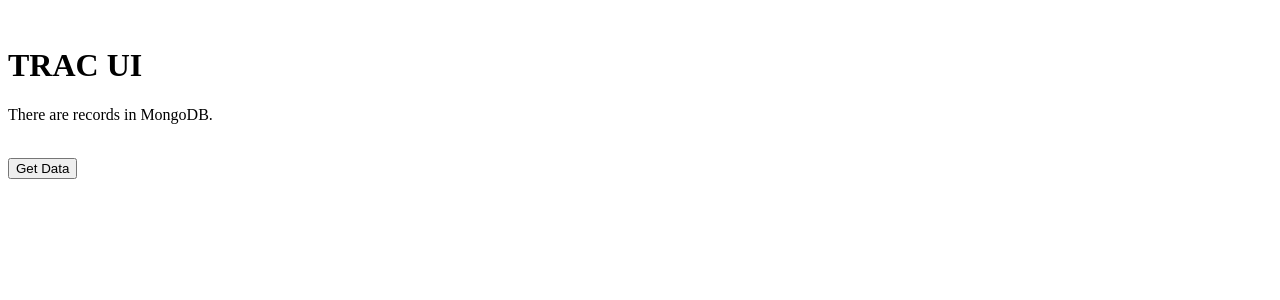
Repository: ydennisy/trac
Page: public/index.html
The author's editor kept a record of every edit. The page is drawn from the files as they stood at one moment, then again after the next edit.
The browser window is 1280 px wide. The pictures show the whole page.
The page's requests for data from a server got no answer.

Above is the page before.
Console error: TypeError: Cannot read properties of null (reading 'addEventListener')

### public/index.html
<!DOCTYPE html>
<html>
   <head>
      <title>TRAC UI</title>
   </head>
   <body>
      <div class="container">
         <img src="" />
         <br />
         <h1>TRAC UI</h1>
      </div>
      <div class="container">
         <p>There are <span id="count-nbr"></span> records in MongoDB.</p>
         <br />
         <button type="submit" id="getCount">Get Data</button>
      </div>
      <script type="text/javascript" src="app/controllers/ui.client.js"></script>
   </body>
</html>

### app/controllers/ui.client.js
"use strict";

(function (){
    var countApiUrl = "api/count";
    var oneResultUrl = 'api/result';
    var countSpan = document.getElementById("count-nbr");
    var getCountButton = document.getElementById("getCount");
    var dataSpan = document.getElementById('data-span');
    var oneResultButton = document.getElementById('get-one-result');

    function ready (fn) {
        if (typeof fn !== "function"){
            return;
        }
        if (document.readyState === "complete"){
            return fn();
        }
        document.addEventListener("DOMContentLoaded", fn, false);
    }

    function ajaxRequest (method, url, callback){
        var xmlhttp = new XMLHttpRequest();
        xmlhttp.onreadystatechange = function(){
            if (xmlhttp.readyState === 4 && xmlhttp.status === 200){
                callback(xmlhttp.response);
            }
        };
        xmlhttp.open(method, url, true);
        xmlhttp.send();
    }

    function updateCount (data){
        var impsCount = JSON.parse(data);
        countSpan.innerHTML = impsCount;
    }

    function getOneResult (data){
        var oneResult = JSON.stringify(data, null, '\t');
        dataSpan.innerHTML = ' ';
        dataSpan.innerHTML = oneResult;
    }

    ready(ajaxRequest("GET", countApiUrl, updateCount));

    getCountButton.addEventListener("click", function(){
        ajaxRequest("GET", countApiUrl, updateCount);
    });

    oneResultButton.addEventListener('click', function(){
        ajaxRequest('GET', oneResultUrl, getOneResult);
    });

})();

### public/css/main.css
/****** Main Styling ******/

body {
    font-family: 'Roboto', sans-serif;
    font-size: 16px;
}

After the next edit:
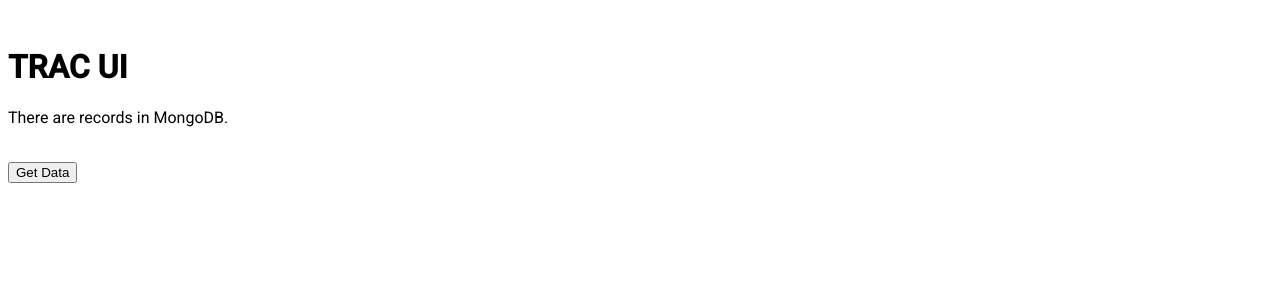
The edit:
--- a/public/index.html
+++ b/public/index.html
@@ -2,7 +2,11 @@
 <html>
    <head>
       <title>TRAC UI</title>
+      <link href="http://fonts.googleapis.com/css?family=Roboto:400,500" rel="stylesheet" type="text/css">
+      <link href="/public/css/main.css" rel="stylesheet" type="text/css">
    </head>
+
+
    <body>
       <div class="container">
          <img src="" />
